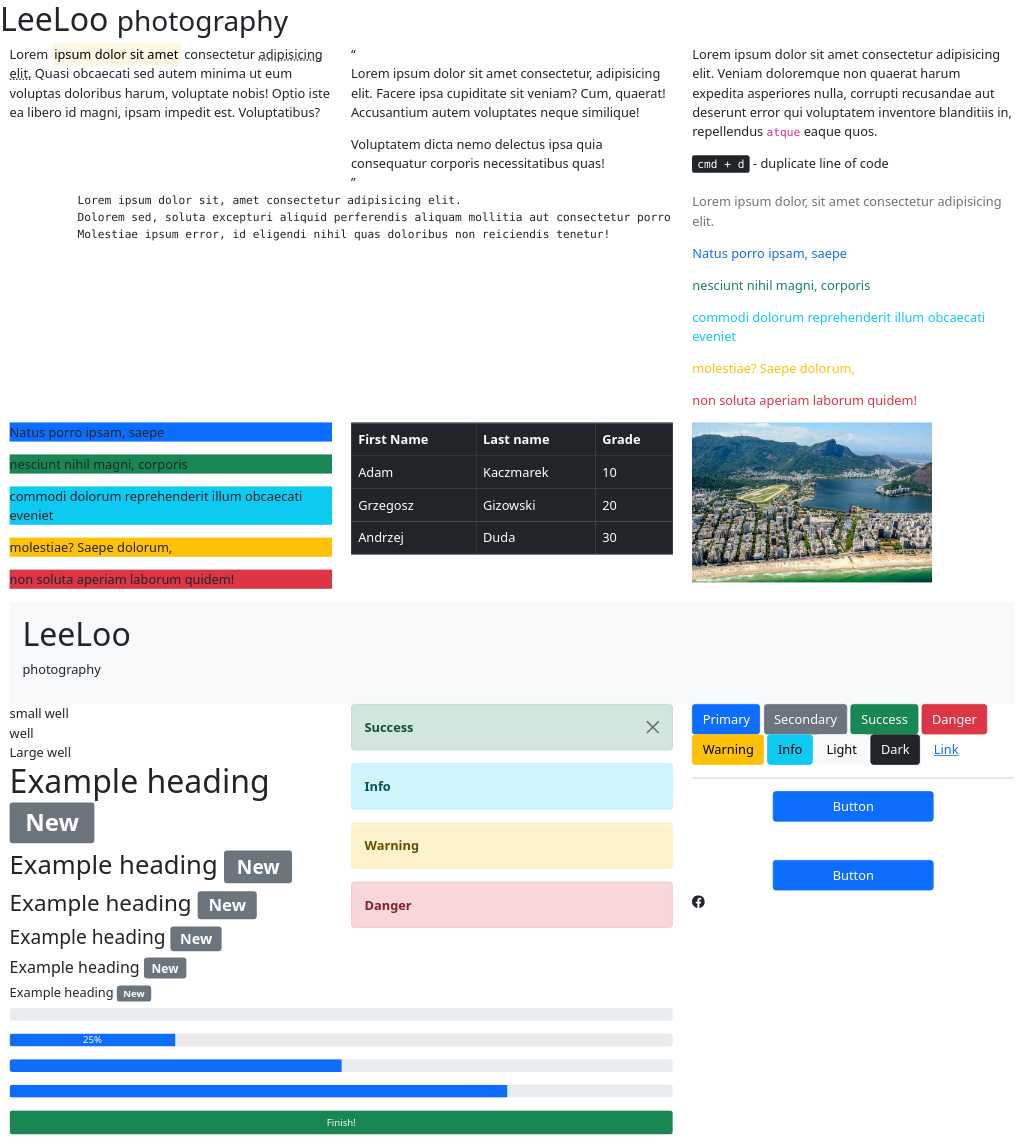
Repository: Zyzik-33/bootstrap-test
Page: index.html
These files come from the project's save history. The page is drawn as it stood at one moment and after the next save; the edit follows.
The browser window is 1280 px wide. The pictures show the whole page, at 80% of full size.

Above is the page before, as saved 2021-01-27 22:21:35.

### index.html
<!DOCTYPE html>
<html lang="en">
<head>
  <title>LeeLoo</title>
  <meta charset="UTF-8">
  <meta name="viewport" content="width=device-width, initial-scale=1.0">
  <link href="https://cdn.jsdelivr.net/npm/bootstrap@5.0.0-beta1/dist/css/bootstrap.min.css" rel="stylesheet" integrity="sha384-giJF6kkoqNQ00vy+HMDP7azOuL0xtbfIcaT9wjKHr8RbDVddVHyTfAAsrekwKmP1" crossorigin="anonymous">
  <script src="https://ajax.googleapis.com/ajax/libs/jquery/3.5.1/jquery.min.js"></script>
  <script src="https://cdn.jsdelivr.net/npm/bootstrap@5.0.0-beta1/dist/js/bootstrap.bundle.min.js" integrity="sha384-ygbV9kiqUc6oa4msXn9868pTtWMgiQaeYH7/t7LECLbyPA2x65Kgf80OJFdroafW" crossorigin="anonymous"></script>
</head>
<body>
  <h1>LeeLoo <small>photography</small> </h1>
  <div class="container-fluid">

    <div class="row">
      <div class="col-lg-4">Lorem <mark>ipsum dolor sit amet</mark> consectetur <abbr title="Explanation">adipisicing elit.</abbr> Quasi obcaecati sed autem minima ut eum voluptas doloribus harum, voluptate nobis! Optio iste ea libero id magni, ipsam impedit est. Voluptatibus?</div>
      <div class="col-lg-4">
        <q cite="http://developer.mozilla.org">
          <p>
            Lorem ipsum dolor sit amet consectetur, adipisicing elit. Facere ipsa cupiditate sit veniam? Cum, quaerat!
             Accusantium autem voluptates neque similique!
          </p>
          <footer>
            Voluptatem dicta nemo delectus ipsa quia consequatur corporis necessitatibus quas!
          </footer>
        </q>
      </div>
      <div class="col-lg-4">
        <blockquote class="blockquote-reverse">
          <p>
            Lorem ipsum dolor sit amet consectetur adipisicing elit.
            Veniam doloremque non quaerat harum expedita asperiores nulla,
            corrupti recusandae aut deserunt error qui voluptatem inventore
            blanditiis in, repellendus <code>atque</code> eaque quos.
          </p>
          <footer><kbd>cmd + d</kbd> - duplicate line of code</footer>
        </blockquote>
      </div>
    </div>
    <div class="row">
      <div class="col-lg-8">
        <pre>
          Lorem ipsum dolor sit, amet consectetur adipisicing elit.
          Dolorem sed, soluta excepturi aliquid perferendis aliquam mollitia aut consectetur porro.
          Molestiae ipsum error, id eligendi nihil quas doloribus non reiciendis tenetur!
        </pre>
      </div>
      <div class="col-lg-4">
       <p class="text-muted"> Lorem ipsum dolor, sit amet consectetur adipisicing elit.</p>
       <p class="text-primary">Natus porro ipsam, saepe</p>
       <p class="text-success">nesciunt nihil magni, corporis</p>
       <p class="text-info">commodi dolorum reprehenderit illum obcaecati eveniet</p>
       <p class="text-warning">molestiae? Saepe dolorum,</p>
       <p class="text-danger">non soluta aperiam laborum quidem!</p>
      </div>
    </div>
    <div class="row">
      <div class="col-lg-4">
       <p class="bg-primary">Natus porro ipsam, saepe</p>
       <p class="bg-success">nesciunt nihil magni, corporis</p>
       <p class="bg-info">commodi dolorum reprehenderit illum obcaecati eveniet</p>
       <p class="bg-warning">molestiae? Saepe dolorum,</p>
       <p class="bg-danger">non soluta aperiam laborum quidem!</p>
      </div>
      <div class="col-lg-4">
        <table class="table table-hover table-dark table-bordered">
          <!-- table-striped, table-bordered, table-hover, table-dark -->
          <thead>
            <tr>
              <th scope="col">First Name</th>
              <th scope="col">Last name</th>
              <th scope="col">Grade</th>
            </tr>
          </thead>
          <tbody>
            <tr>
              <td scope="row">Adam</td>
              <td>Kaczmarek</td>
              <td>10</td>
            </tr>
            <tr>
              <td scope="row">Grzegosz</td>
              <td>Gizowski</td>
              <td>20</td>
            </tr>
            <tr>
              <td scope="row">Andrzej</td>
              <td>Duda</td>
              <td>30</td>
            </tr>
          </tbody>
        </table>
      </div>
      <div class="col-lg-4">
        <img src="./assets/images/brazil-4809010_640.jpg" width="300" alt="brazil">
      </div>
    </div>
    <div class="row">
      <div class="col-lg-12">
        <div class="bg-light p-3">
          <h1>LeeLoo</h1>
          <p>photography</p>
        </div>
      </div>
    </div>
    <div class="row">
      <div class="col-lg-4">
        <div class="well well-sm">small well</div>
        <div class="well">well</div>
        <div class="well well-lg">Large well</div>
        <h1>Example heading <span class="badge bg-secondary">New</span></h1>
        <h2>Example heading <span class="badge bg-secondary">New</span></h2>
        <h3>Example heading <span class="badge bg-secondary">New</span></h3>
        <h4>Example heading <span class="badge bg-secondary">New</span></h4>
        <h5>Example heading <span class="badge bg-secondary">New</span></h5>
        <h6>Example heading <span class="badge bg-secondary">New</span></h6>
      </div>
      <div class="col-lg-4">
        <div class="alert alert-success alert-dismissible fade show" role="alert">
          <strong>Success</strong>
          <!-- <a href="#" class="close" data-dismiss="alert">&times;</a> -->
          <button type="button" class="btn-close" data-bs-dismiss="alert" aria-label="Close"></button>
        </div>
        <div class="alert alert-info">
          <strong>Info</strong>
        </div>
        <div class="alert alert-warning">
          <strong>Warning</strong>
        </div>
        <div class="alert alert-danger">
          <strong>Danger</strong>
        </div>
      </div>
      <div class="col-lg-4">
        <button type="button" class="btn btn-primary">Primary</button>
        <button type="button" class="btn btn-secondary">Secondary</button>
        <button type="button" class="btn btn-success">Success</button>
        <button type="button" class="btn btn-danger">Danger</button>
        <button type="button" class="btn btn-warning">Warning</button>
        <button type="button" class="btn btn-info">Info</button>
        <button type="button" class="btn btn-light">Light</button>
        <button type="button" class="btn btn-dark">Dark</button>
        <button type="button" class="btn btn-link">Link</button>
        <hr>
        <div class="d-grid gap-5 col-6 mx-auto">
          <button class="btn btn-primary" type="button">Button</button>
          <button class="btn btn-primary" type="button">Button</button>
        </div>
        <svg xmlns="http://www.w3.org/2000/svg" width="16" height="16" fill="currentColor" class="bi bi-facebook" viewBox="0 0 16 16">
          <path d="M16 8.049c0-4.446-3.582-8.05-8-8.05C3.58 0-.002 3.603-.002 8.05c0 4.017 2.926 7.347 6.75 7.951v-5.625h-2.03V8.05H6.75V6.275c0-2.017 1.195-3.131 3.022-3.131.876 0 1.791.157 1.791.157v1.98h-1.009c-.993 0-1.303.621-1.303 1.258v1.51h2.218l-.354 2.326H9.25V16c3.824-.604 6.75-3.934 6.75-7.951z"/>
        </svg>
        <i class="bi bi-braces"></i>
      </div>
    </div>
    <div class="row">
      <div class="col-lg-8">
        <div class="progress mb-3">
          <div class="progress-bar" role="progressbar" aria-valuenow="0" aria-valuemin="0" aria-valuemax="100"></div>
        </div>
        <div class="progress mb-3">
          <div class="progress-bar" role="progressbar" style="width: 25%" aria-valuenow="25" aria-valuemin="0" aria-valuemax="100">25%</div>
        </div>
        <div class="progress mb-3">
          <div class="progress-bar" role="progressbar" style="width: 50%" aria-valuenow="50" aria-valuemin="0" aria-valuemax="100"></div>
        </div>
        <div class="progress mb-3">
          <div class="progress-bar" role="progressbar" style="width: 75%" aria-valuenow="75" aria-valuemin="0" aria-valuemax="100"></div>
        </div>
        <div class="progress mb-3" style="height: 30px;">
          <div class="progress-bar bg-success" role="progressbar" style="width: 100%" aria-valuenow="100" aria-valuemin="0" aria-valuemax="100">Finish!</div>
        </div>
      </div>
      <div class="col-lg-2"></div>
    </div>
  </div>
</body>
</html>

After the next save:
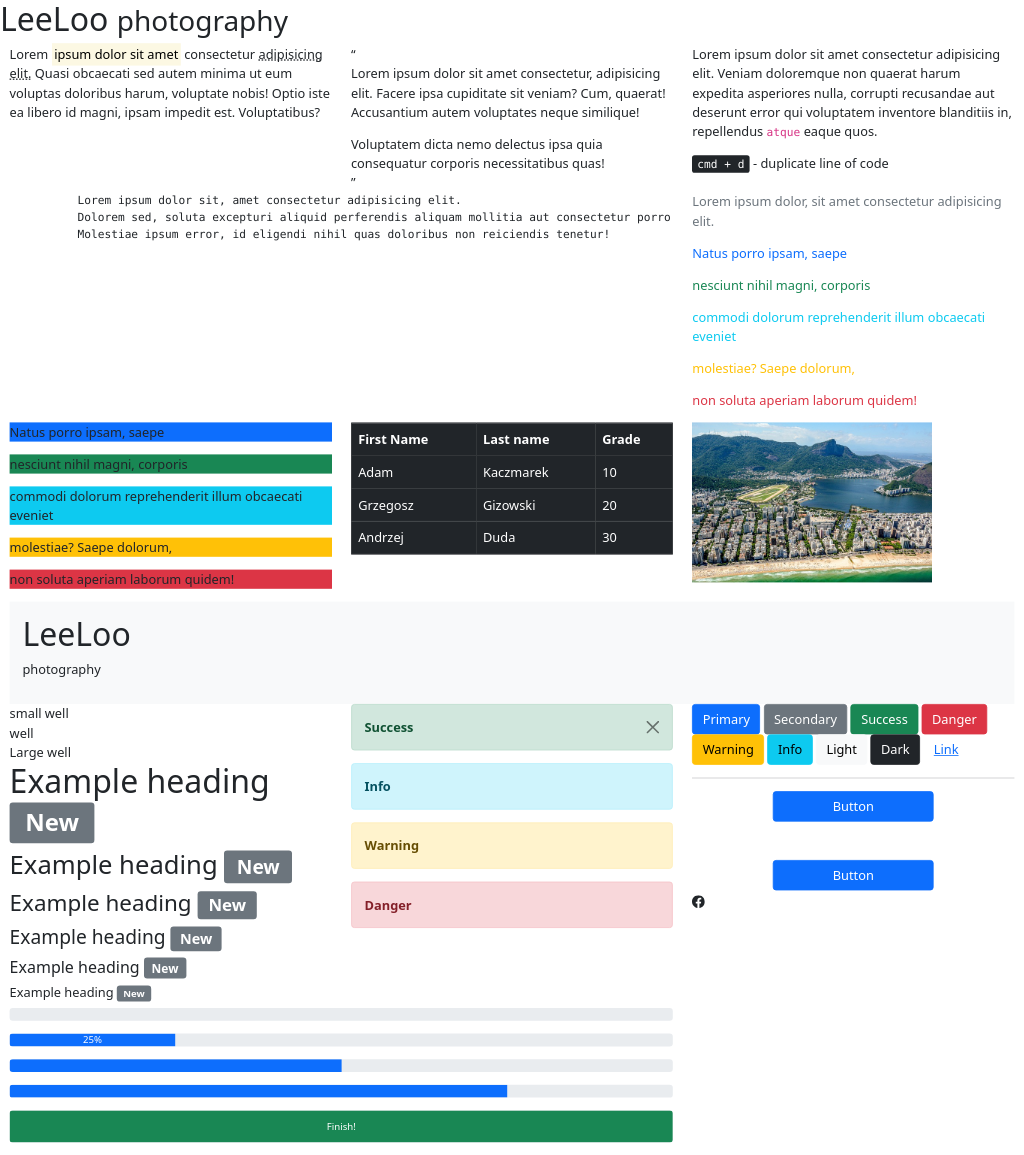
Saved 7 s later.
--- a/index.html
+++ b/index.html
@@ -166,7 +166,7 @@
         <div class="progress mb-3">
           <div class="progress-bar" role="progressbar" style="width: 75%" aria-valuenow="75" aria-valuemin="0" aria-valuemax="100"></div>
         </div>
-        <div class="progress mb-3" style="height: 30px;">
+        <div class="progress mb-3" style="height: 40px;">
           <div class="progress-bar bg-success" role="progressbar" style="width: 100%" aria-valuenow="100" aria-valuemin="0" aria-valuemax="100">Finish!</div>
         </div>
       </div>
